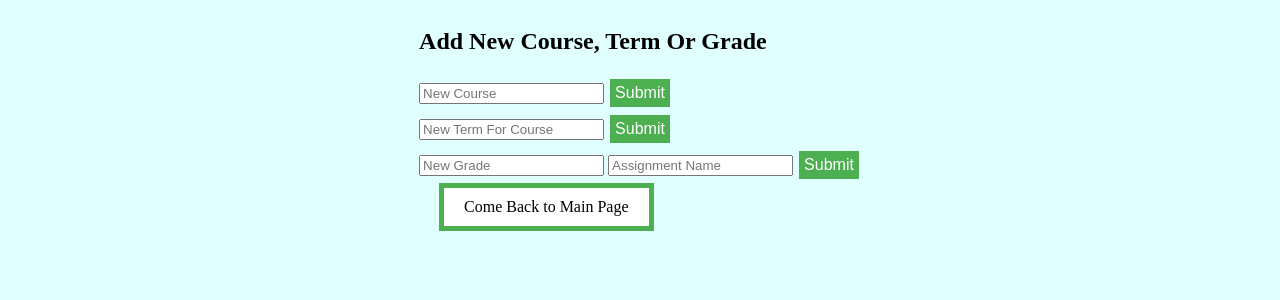
Repository: EdmontDantes/graderaide-fullstack-solution
Page: add.html
An editor plug-in stored every save of this project. The page is shown before and after the next save, followed by the edit.
The browser window is 1280 px wide. The pictures show the whole page.

Above is the page before, as saved 2020-04-22 11:42:02.

### add.html
<html lang="en">
  <head>
    <title>Graderaide</title>
    <meta charset="UTF-8">
    <meta name="viewport" content="width=device-width, initial-scale=1">
    <link rel="stylesheet" type="text/css" href="style-add.css">
  </head>

  <body>
    <section class="app">
      <h1>Add New Course, Term Or Grade</h1>
      <div id="data-grades-input">
        <section>
          <!-- <label for="new-course">New Course:</label> -->
          <input type="text" name="new-course" class="new-course" placeholder="New Course">
          <button type="submit" class="submit-new-course">Submit</button>
        </section>
        <section>
          <!-- <label for="new-term">New Term For Course:</label> -->
          <input type="text" name="new-term" class="new-term" placeholder="New Term For Course">
          <button type="submit" class="submit-new-term">Submit</button>
        </section>
        <section>
          <!-- <label for="new-grade">New Grade:</label> -->
          <input type="text" name="new-grade" class="new-grade" placeholder="New Grade">
          <!-- <label for="new-grade-assignment">Assignment Name:</label> -->
          <input type="text" name="new-grade-assignment" class="new-grade-assignment" placeholder="Assignment Name">
          <button type="submit" class="submit-new-grade-assignment">Submit</button>
        </section>
      <div>
          <a href="index.html">Come Back to Main Page</a>
        </div>
      </div>
    </section>
  </body>
</html>

### style-add.css
@media (min-width: 601px) and (max-width: 1100px);

body {
    background-color: lightcyan;
    display: flex;
    flex-wrap: wrap;
    justify-content: center;
}

button {
    background-color: #4CAF50;
    border: none;
    color: white;
    padding: 5px 5px;
    text-align: center;
    text-decoration: none;
    display: inline-block;
    font-size: 16px;
    margin: 4px 2px;
    cursor: pointer;
}

a {
    background-color: white;
    color: black;
    border: 5px solid #4CAF50;
    padding: 10px 20px;
    text-align: center;
    text-decoration: none;
    display: inline-block;
    font-size: 16px;
    margin-left: 20px;
}

#data-representation-and-input {
    display: flex;
    flex-direction: column;
    flex-wrap: wrap;
    justify-content: center;
}

After the next save:
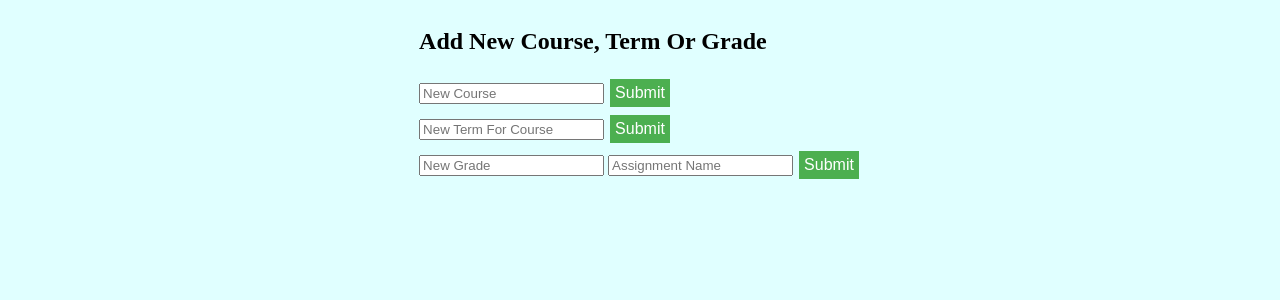
Saved 15 s later.
--- a/add.html
+++ b/add.html
@@ -27,9 +27,6 @@
           <input type="text" name="new-grade-assignment" class="new-grade-assignment" placeholder="Assignment Name">
           <button type="submit" class="submit-new-grade-assignment">Submit</button>
         </section>
-      <div>
-          <a href="index.html">Come Back to Main Page</a>
-        </div>
       </div>
     </section>
   </body>
